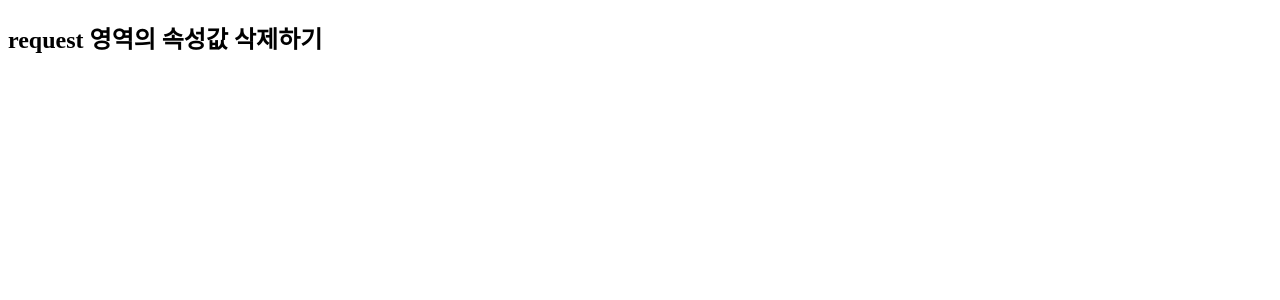
Repository: bhj305/JSP_Servlet
Page: http://localhost/MustHaveJSP/03Scope/RequestMain.jsp
These files come from the project's save history. The page is drawn as it stood at one moment and after the next save; the edit follows.
The browser window is 1280 px wide. The pictures show the whole page.
The page is served by Tomcat 10. Other server files are loaded and not shown.

Above is the page before, as saved 2025-05-07 02:56:46.

### MustHaveJSP/src/main/webapp/03Scope/RequestMain.jsp
<%@page import="common.Person"%>
<%@ page language="java" contentType="text/html; charset=UTF-8"
    pageEncoding="UTF-8"%>

<%
request.setAttribute("requestString", "request 영역의 문자열");
request.setAttribute("requestPerson", new Person("안중근", 31));
%>
<!DOCTYPE html>
<html>
	<head>
	<meta charset="UTF-8">
	<title>request 영역</title>
	</head>
	<body>
		<h2>request 영역의 속성값 삭제하기</h2>
		<%

		request.removeAttribute("requestString"); // request 영역에 저장되어 있으므로 정상적으로 삭제됨.
		request.removeAttribute("requestInteger"); // 없는 속성이므로 삭제되지 않음. 또한 에러도 발생하지 않음.

		%>
	</body>
</html>

### MustHaveJSP/src/main/java/common/Person.java
package common; // 1. 기본패키지 이외의 패키지에 속해야 함.

public class Person
{
//	2. 멤버변수의 접근 지정자는 private 로 선언해야 함.
	private String name;
	private int age;

//	3. 기본 생성자가 있어야 함.
	public Person()
	{
		super();
	}

//	3. 기본생성자가 있어야 함.
	public Person(String name, int age)
	{
		super();
		this.name = name;
		this.age = age;
	}

//	4. getter, setter 메서드가 있어야 한다. (5. getter, setter는 public으로 선언해야 함.)
	public String getName()
	{
		return name;
	}

	public void setName(String name)
	{
		this.name = name;
	}

	public int getAge()
	{
		return age;
	}

	public void setAge(int age)
	{
		this.age = age;
	}



}

After the next save:
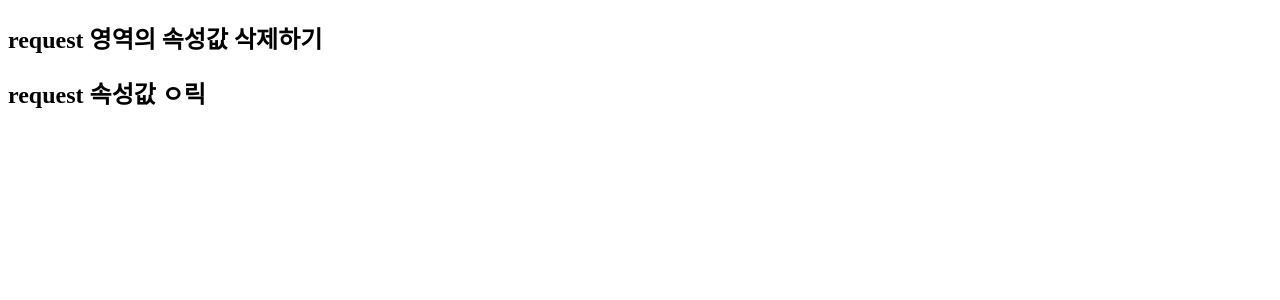
Saved 11 s later.
--- a/MustHaveJSP/src/main/webapp/03Scope/RequestMain.jsp
+++ b/MustHaveJSP/src/main/webapp/03Scope/RequestMain.jsp
@@ -20,5 +20,7 @@ request.setAttribute("requestPerson", new Person("안중근", 31));
 		request.removeAttribute("requestInteger"); // 없는 속성이므로 삭제되지 않음. 또한 에러도 발생하지 않음.
 
 		%>
+
+		<h2>request 속성값 ㅇ릭</h2>
 	</body>
 </html>
